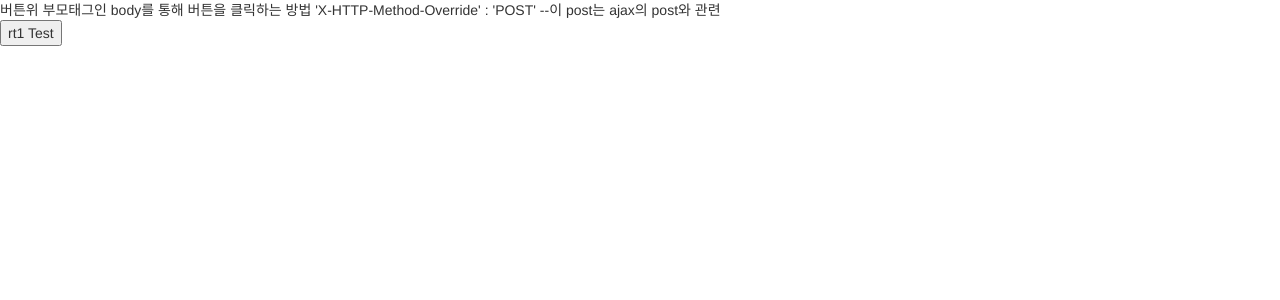
Repository: sanghshlsh/spring_metadata
Page: http://localhost/World3/WEB-INF/views/rt1.jsp
These files come from the project's save history. The page is drawn as it stood at one moment and after the next save; the edit follows.
The browser window is 1280 px wide. The pictures show the whole page.
The page is served by Tomcat 9. Nobody is signed in. The template is opened directly, without the code that normally fills it, so the values that code supplies are empty.

Above is the page before, as saved 2020-07-02 05:49:19.
Console error: SyntaxError: Unexpected token ';'

After the next save:
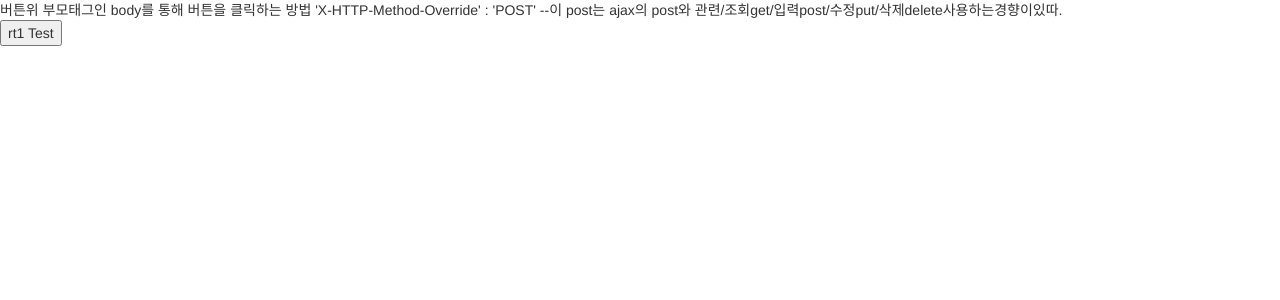
Saved 35 s later.
--- a/World3/src/main/webapp/WEB-INF/views/rt1.jsp
+++ b/World3/src/main/webapp/WEB-INF/views/rt1.jsp
@@ -21,7 +21,7 @@
 </head>
 <body>
 	버튼위 부모태그인 body를 통해 버튼을 클릭하는 방법
-	'X-HTTP-Method-Override' : 'POST' --이 post는 ajax의 post와 관련
+	'X-HTTP-Method-Override' : 'POST' --이 post는 ajax의 post와 관련/조회get/입력post/수정put/삭제delete사용하는경향이있따.
 	<br>
 	<button>rt1 Test</button>
 	<p></p>
